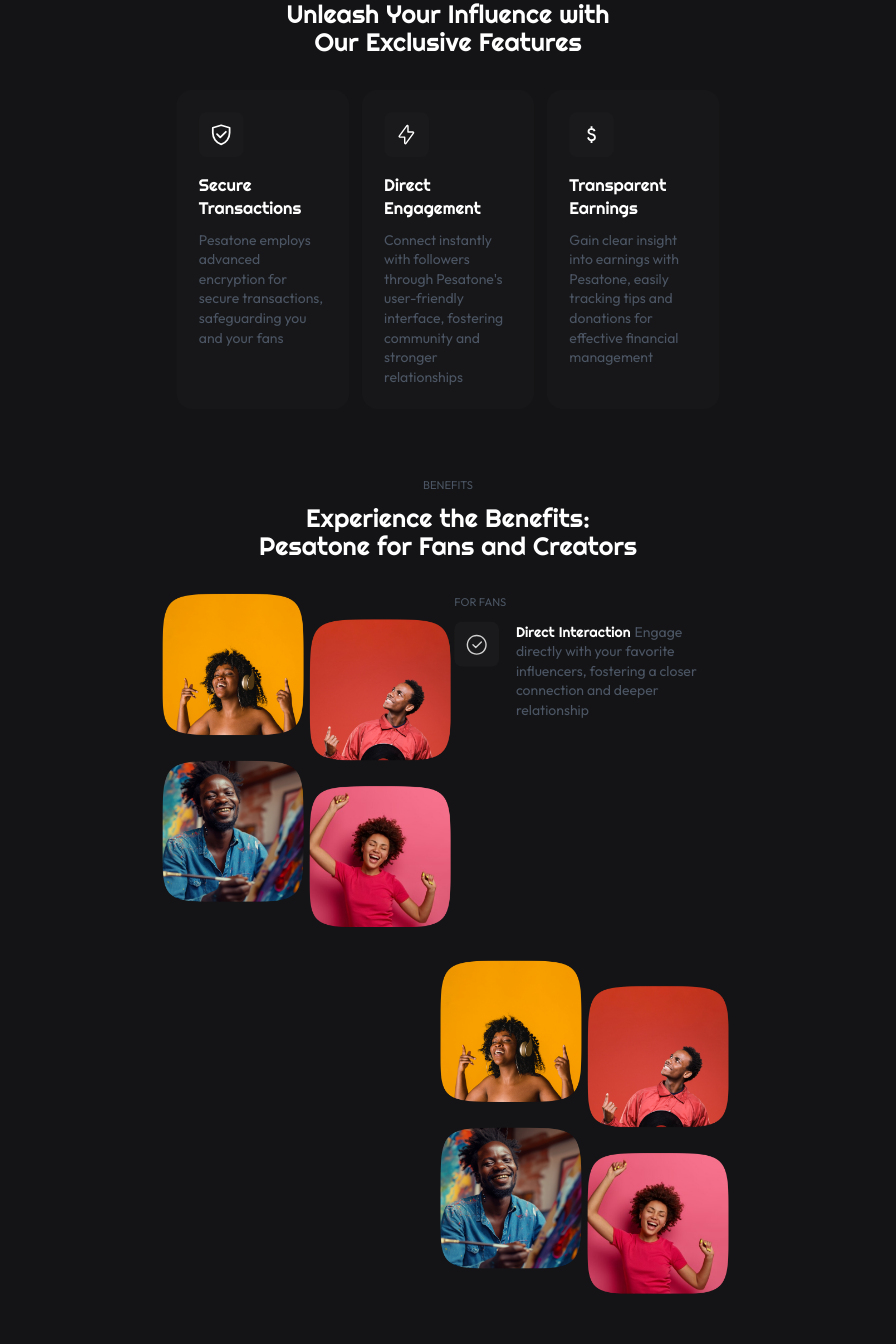
Repository: felixdusengimana/capstone-project-mirror
Page: / (app in frontend/)
These files come from the project's save history. The page is drawn as it stood at one moment and after the next save; the edit follows.
The browser window is 1280 px wide. The pictures show the part of the page from y = 1075 to 2995 px (the page is 2997 px tall), at 70% of full size.
The project was rebuilt for these pictures with package versions that can differ from the ones it lists, and the page was loaded fresh each time. The framework's server and built-in components were replaced by stand-ins that run in the browser. Also part of the build but not shown: frontend/next.config.mjs.

Above is the page before, as saved 2024-03-11 15:32:38.

After the next save:
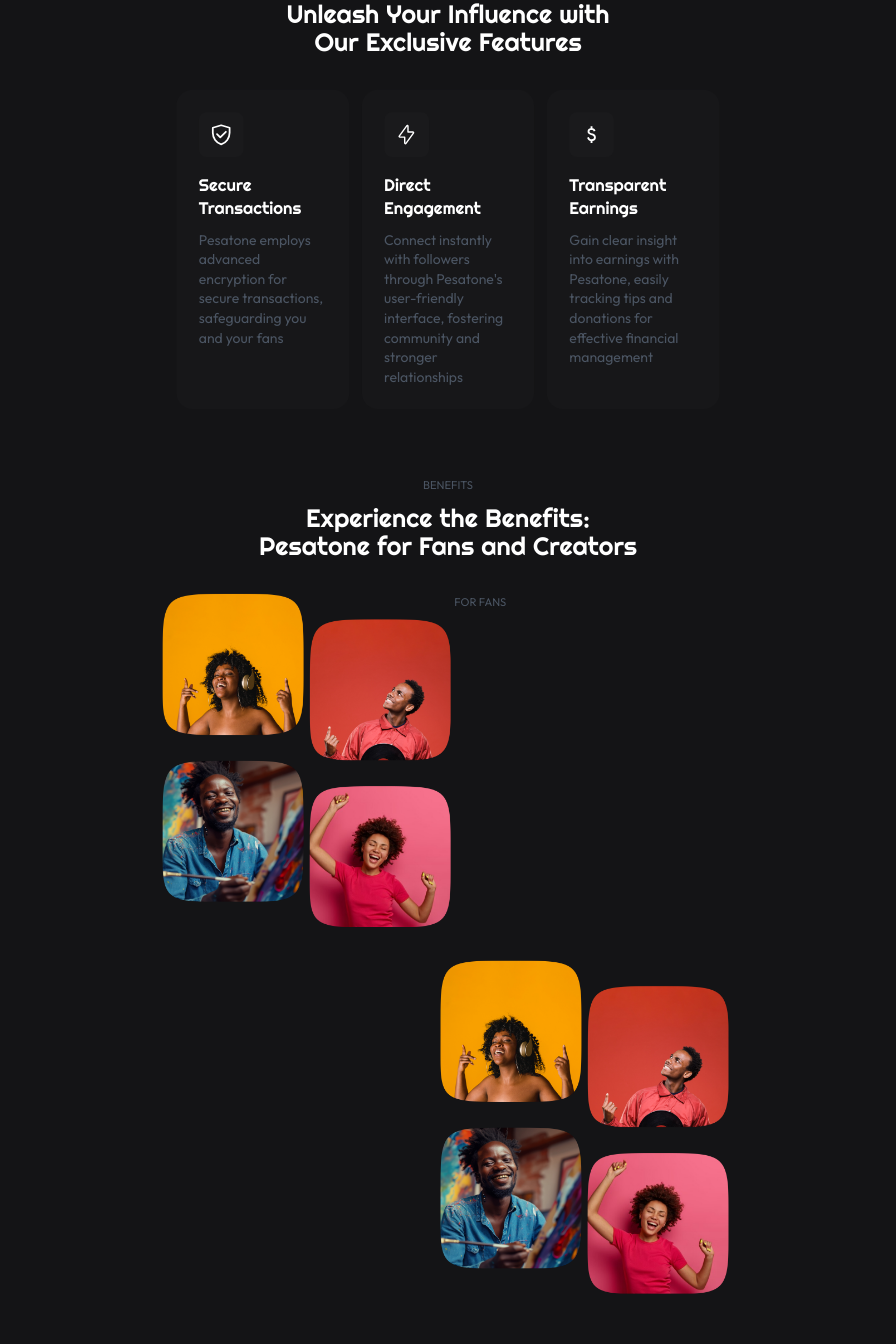
Saved 4 s later.
--- a/frontend/app/page.tsx
+++ b/frontend/app/page.tsx
@@ -76,16 +76,6 @@ export default function page() {
           </div>
           <div>
             <h5 className="uppercase text-gray-600 mb-4">For Fans</h5>
-            <div className="flex gap-6">
-              <CardIcon icon="check" />
-              <p className="text-gray-600 font-normal text-xl">
-                <span className="text-white font-mono">
-                  Direct Interaction{" "}
-                </span>
-                Engage directly with your favorite influencers, fostering a
-                closer connection and deeper relationship
-              </p>
-            </div>
           </div>
         </div>
 

After the save that followed:
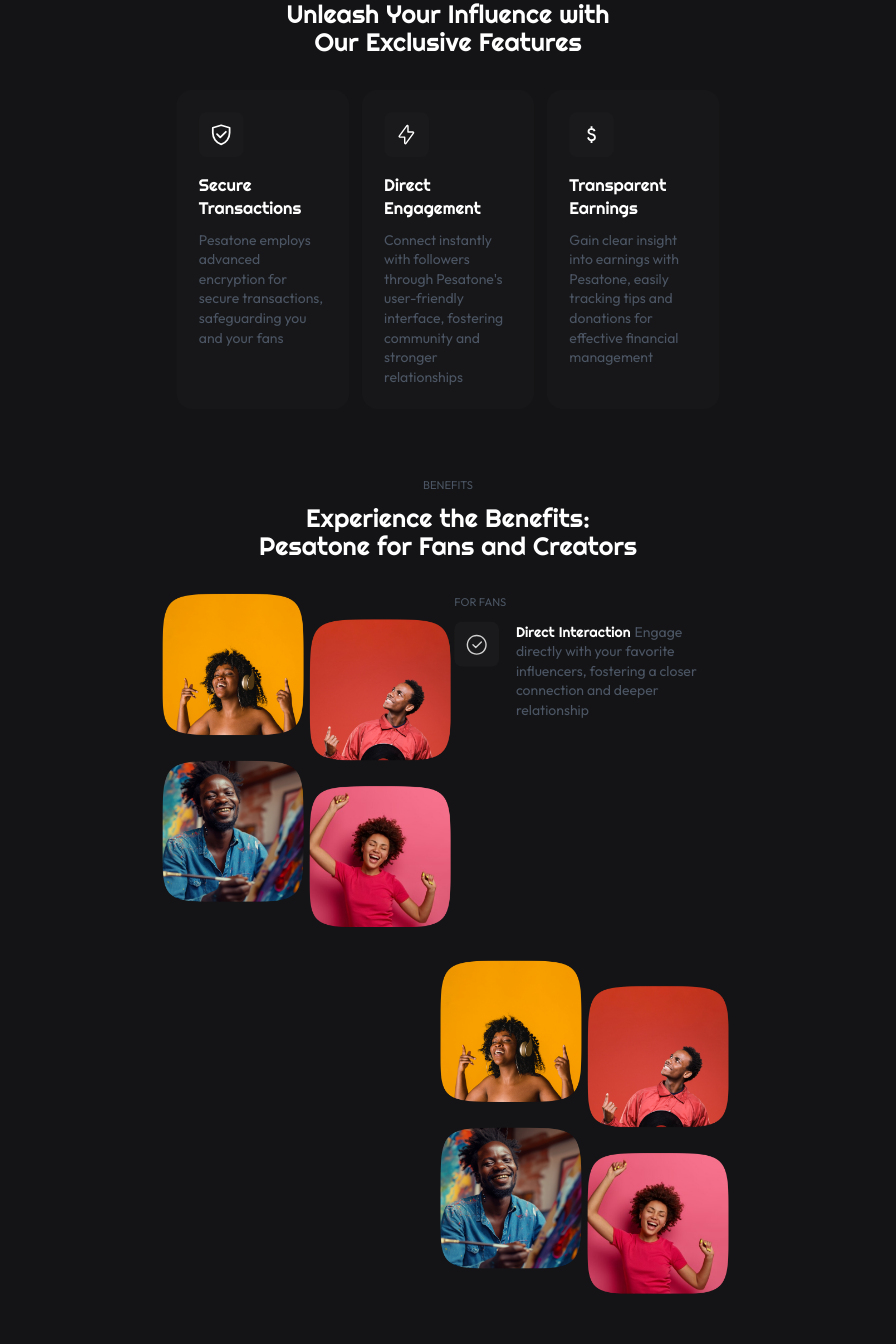
Saved 28 s later.
--- a/frontend/app/page.tsx
+++ b/frontend/app/page.tsx
@@ -2,6 +2,7 @@ import Avatar from "@/components/atoms/Avatar";
 import Headline from "@/components/atoms/Headline";
 import Card from "@/components/molecules/Card";
 import CardIcon from "@/components/molecules/CardIcon";
+import SmallCard from "@/components/molecules/SmallCard";
 import Intro from "@/components/organisms/Intro";
 import Navbar from "@/components/organisms/Navbar";
 import Image from "next/image";
@@ -76,6 +77,10 @@ export default function page() {
           </div>
           <div>
             <h5 className="uppercase text-gray-600 mb-4">For Fans</h5>
+            <SmallCard icon="check" title="Direct Interaction">
+              Engage directly with your favorite influencers, fostering a closer
+              connection and deeper relationship
+            </SmallCard>
           </div>
         </div>
 
